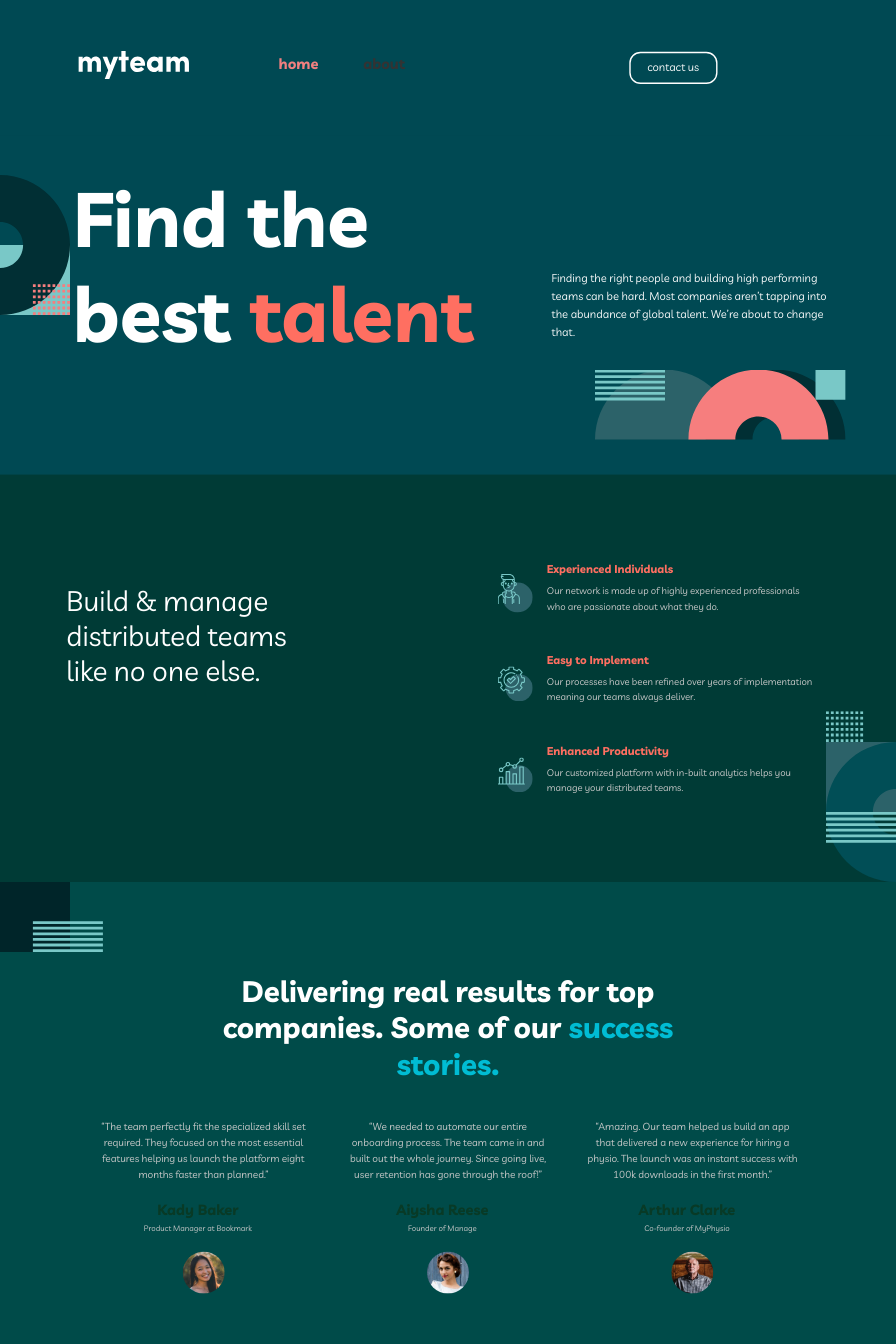
Repository: Gabriel221-dev/Project-page-main
Page: /
An editor plug-in stored every save of this project. The page is shown before and after the next save, followed by the edit.
The browser window is 1280 px wide. The pictures show the part of the page from y = 0 to 1920 px (the page is 2612 px tall), at 70% of full size.
The project was rebuilt for these pictures with package versions that can differ from the ones it lists, and the page was loaded fresh each time. Also part of the build but not shown: vite.config.js, src/pages/About.css, src/components/DirectorCard.css, src/components/DirectorCard.jsx, src/pages/About.jsx, src/pages/Contact.css, src/pages/Contact.jsx.

Above is the page before, as saved 2024-07-23 18:32:57.

After the next save:
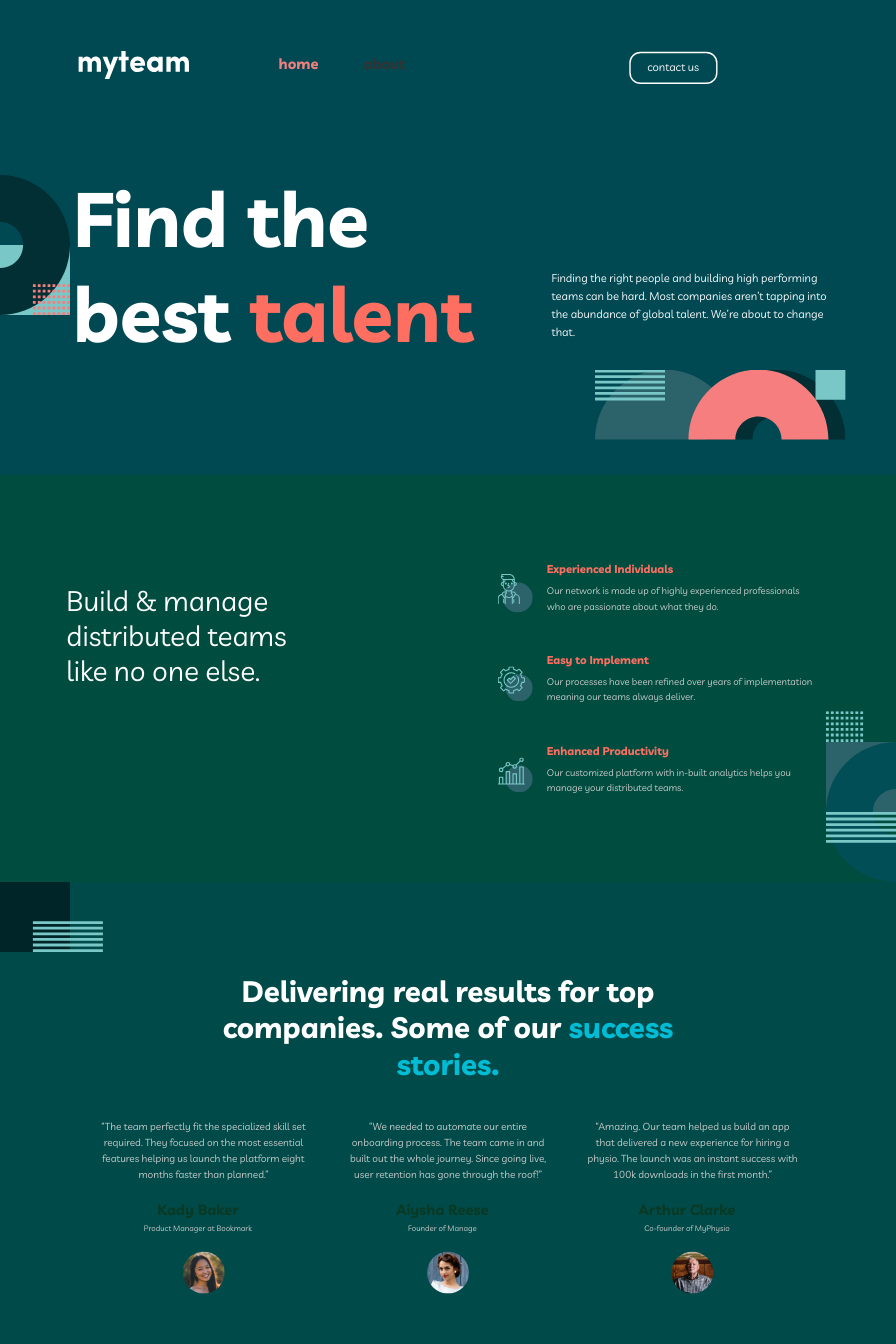
Saved 25 s later.
--- a/src/pages/Home.css
+++ b/src/pages/Home.css
@@ -86,7 +86,7 @@
   }
 
   .build {
-    background-color: #003b36;
+    background-color: #004d40;
     padding: 50px 0;
     display: flex;
     height: 100%;
